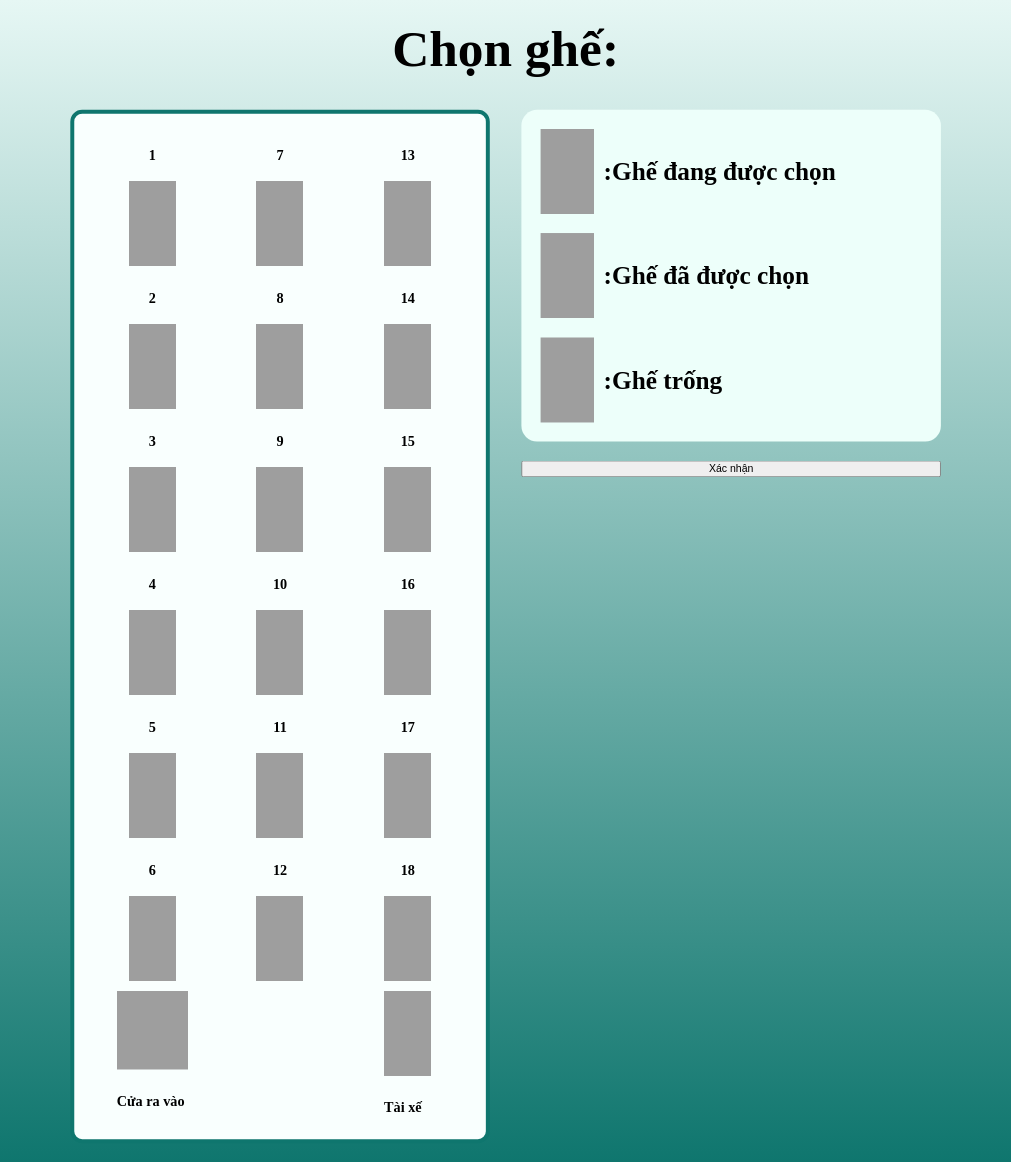
Repository: LearningSan/qlnxBE
Page: Loginservlet/src/main/webapp/Datvexe/chonghe.html
An editor plug-in stored every save of this project. The page is shown before and after the next save, followed by the edit.
The browser window is 1280 px wide. The pictures show the whole page, at 79% of full size.
Pictures or frames that could not be fetched are drawn as grey boxes. Some web fonts or font styles are not loaded; a fallback is used.

Above is the page before, as saved 2025-05-16 02:04:56.

### Loginservlet/src/main/webapp/Datvexe/chonghe.html
<!DOCTYPE html>
<html lang="vi">
<head>
  <meta charset="UTF-8">
  <meta name="viewport" content="width=device-width, initial-scale=1.0">
  <title>Xe 16 cho</title>
  <link rel="stylesheet" href="chonghestyle.css?v=2">
  <link href="https://fonts.googleapis.com/css2?family=Taviraj:wght@400;700&display=swap" rel="stylesheet">
</head>
<body>
  <main class="seat-selection">
    <h1 class="selection-title">Chọn ghế:</h1>
    <div class="selection-container">
       <section class="seat-layout">
        <div class="seat-grid" id="seat-container">
          <!-- Left Column -->
          <div class="seat-column">
            <div class="seat-wrapper">
              <p class="seat-number">1</p>
              <img src="https://cdn.builder.io/api/v1/image/assets/TEMP/70fbdbcaad0a1bdafab7b44aa6eb2731de3d2320" alt="Seat 1" class="seat-image" data-type="available" data-seat-number="1" />
            </div>
            <div class="seat-wrapper">
              <p class="seat-number">2</p>
              <img src="https://cdn.builder.io/api/v1/image/assets/TEMP/70fbdbcaad0a1bdafab7b44aa6eb2731de3d2320" alt="Seat 2" class="seat-image" data-type="available" data-seat-number="2" />
            </div>
            <div class="seat-wrapper">
              <p class="seat-number">3</p>
              <img src="https://cdn.builder.io/api/v1/image/assets/TEMP/70fbdbcaad0a1bdafab7b44aa6eb2731de3d2320" alt="Seat 3" class="seat-image" data-type="available" data-seat-number="3" />
            </div>
            <div class="seat-wrapper">
              <p class="seat-number">4</p>
              <img src="https://cdn.builder.io/api/v1/image/assets/TEMP/70fbdbcaad0a1bdafab7b44aa6eb2731de3d2320" alt="Seat 4" class="seat-image" data-type="available" data-seat-number="4" />
            </div>
            <div class="seat-wrapper">
              <p class="seat-number">5</p>
              <img src="https://cdn.builder.io/api/v1/image/assets/TEMP/70fbdbcaad0a1bdafab7b44aa6eb2731de3d2320" alt="Seat 5" class="seat-image" data-type="available" data-seat-number="5" />
            </div>
            <div class="seat-wrapper">
              <p class="seat-number">6</p>
              <img src="https://cdn.builder.io/api/v1/image/assets/TEMP/70fbdbcaad0a1bdafab7b44aa6eb2731de3d2320" alt="Seat 6" class="seat-image" data-type="available" data-seat-number="6" />
            </div>
            <img src="https://png.pngtree.com/png-vector/20190917/ourlarge/pngtree-box-logout-icon-vectors-png-image_1737862.jpg" alt="Logout Icon" class="logout-icon" />
            <p class="door-image">Cửa ra vào</p>
          </div>

          <!-- Middle Column -->
          <div class="seat-column">
            <div class="seat-wrapper">
              <p class="seat-number">7</p>
              <img src="https://cdn.builder.io/api/v1/image/assets/TEMP/70fbdbcaad0a1bdafab7b44aa6eb2731de3d2320" alt="Seat 7" class="seat-image" data-type="available" data-seat-number="7" />
            </div>
            <div class="seat-wrapper">
              <p class="seat-number">8</p>
              <img src="https://cdn.builder.io/api/v1/image/assets/TEMP/70fbdbcaad0a1bdafab7b44aa6eb2731de3d2320" alt="Seat 8" class="seat-image" data-type="available" data-seat-number="8" />
            </div>
            <div class="seat-wrapper">
              <p class="seat-number">9</p>
              <img src="https://cdn.builder.io/api/v1/image/assets/TEMP/70fbdbcaad0a1bdafab7b44aa6eb2731de3d2320" alt="Seat 9" class="seat-image" data-type="available" data-seat-number="9" />
            </div>
            <div class="seat-wrapper">
              <p class="seat-number">10</p>
              <img src="https://cdn.builder.io/api/v1/image/assets/TEMP/70fbdbcaad0a1bdafab7b44aa6eb2731de3d2320" alt="Seat 10" class="seat-image" data-type="available" data-seat-number="10" />
            </div>
            <div class="seat-wrapper">
              <p class="seat-number">11</p>
              <img src="https://cdn.builder.io/api/v1/image/assets/TEMP/70fbdbcaad0a1bdafab7b44aa6eb2731de3d2320" alt="Seat 11" class="seat-image" data-type="available" data-seat-number="11" />
            </div>
            <div class="seat-wrapper">
              <p class="seat-number">12</p>
              <img src="https://cdn.builder.io/api/v1/image/assets/TEMP/70fbdbcaad0a1bdafab7b44aa6eb2731de3d2320" alt="Seat 12" class="seat-image" data-type="available" data-seat-number="12" />
            </div>
          </div>

          <!-- Right Column -->
          <div class="seat-column">
            <div class="seat-wrapper">
              <p class="seat-number">13</p>
              <img src="https://cdn.builder.io/api/v1/image/assets/TEMP/70fbdbcaad0a1bdafab7b44aa6eb2731de3d2320" alt="Seat 13" class="seat-image" data-type="available" data-seat-number="13" />
            </div>
            <div class="seat-wrapper">
              <p class="seat-number">14</p>
              <img src="https://cdn.builder.io/api/v1/image/assets/TEMP/70fbdbcaad0a1bdafab7b44aa6eb2731de3d2320" alt="Seat 14" class="seat-image" data-type="available" data-seat-number="14" />
            </div>
            <div class="seat-wrapper">
              <p class="seat-number">15</p>
              <img src="https://cdn.builder.io/api/v1/image/assets/TEMP/70fbdbcaad0a1bdafab7b44aa6eb2731de3d2320" alt="Seat 15" class="seat-image" data-type="available" data-seat-number="15" />
            </div>
            <div class="seat-wrapper">
              <p class="seat-number">16</p>
              <img src="https://cdn.builder.io/api/v1/image/assets/TEMP/70fbdbcaad0a1bdafab7b44aa6eb2731de3d2320" alt="Seat 16" class="seat-image" data-type="available" data-seat-number="16" />
            </div>
 <div class="seat-wrapper">
              <p class="seat-number">17</p>
              <img src="https://cdn.builder.io/api/v1/image/assets/TEMP/70fbdbcaad0a1bdafab7b44aa6eb2731de3d2320" alt="Seat 17" class="seat-image" data-type="available" data-seat-number="17" />
            </div>
             <div class="seat-wrapper">
              <p class="seat-number">18</p>
              <img src="https://cdn.builder.io/api/v1/image/assets/TEMP/70fbdbcaad0a1bdafab7b44aa6eb2731de3d2320" alt="Seat 18" class="seat-image" data-type="available" data-seat-number="18" />
            </div>
            <img src="https://cdn.builder.io/api/v1/image/assets/TEMP/035134602faab646c04f3309d0670c722ff94e6d" alt="Driver seat" class="seat-image" />
            <p class="seat-label">Tài xế</p>
          </div>
        </div>
      </section>

      <div class="sidebar">
        <section class="legend-container">
          <div class="legend-grid">
            <div class="legend-item">
              <img src="https://cdn.builder.io/api/v1/image/assets/TEMP/0bbcedd1aad4628758a681e1de84cbc8ad3ca1f2" alt="Selected seat icon" class="legend-icon">
              <p class="legend-text">:Ghế đang được chọn</p>
            </div>
            <div class="legend-item">
              <img src="https://cdn.builder.io/api/v1/image/assets/TEMP/7d942587872f43a85f25f1e57322a69dfa8b7b63" alt="Sold seat icon" class="legend-icon">
              <p class="legend-text">:Ghế đã được chọn</p>
            </div>
            <div class="legend-item">
              <img src="https://cdn.builder.io/api/v1/image/assets/TEMP/b29d97d55170c2cbd53a6c1ade010426d2ab5f2a" alt="Available seat icon" class="legend-icon">
              <p class="legend-text">:Ghế trống</p>
            </div>
          </div>
        </section>
<button
  class="justify-center items-center px-5 py-3 mt-6 text-base font-bold leading-6 text-white whitespace-nowrap bg-red-500 rounded-lg max-md:px-5"
  onclick="handleXacNhan()"
>
  Xác nhận
</button>      </div>
    </div>
  </main>

  <script>
  document.addEventListener('DOMContentLoaded', () => {
    const params = new URLSearchParams(window.location.search);
    const diemdi = params.get('diemdi');
    const diemden = params.get('diemden');
    const ngaydi = params.get('ngaydi');

    if (!diemdi || !diemden || !ngaydi) {
      console.error('Thiếu tham số truy vấn');
      return;
    }

    fetch(`/Loginservlet/layghe?diemdi=${encodeURIComponent(diemdi)}&diemden=${encodeURIComponent(diemden)}&ngaydi=${encodeURIComponent(ngaydi)}`)
      .then(response => {
        if (!response.ok) throw new Error("Lỗi khi gọi API /layghe");
        return response.json();
      })
   .then(data => {
  console.log("Danh sách ghế từ server:", data);
  data.forEach(ghe => {
    if (ghe.tenghe && typeof ghe.tenghe === 'string') {
      const seatNum = ghe.tenghe.trim().replace(/^0+/, ''); // Bỏ số 0 đầu nếu có
      const seatImg = document.querySelector(`img.seat-image[data-seat-number="${seatNum}"]`);
      if (seatImg) {
        if (ghe.trangthai === 'Đã đặt') {
          seatImg.src = 'https://cdn.builder.io/api/v1/image/assets/TEMP/7d942587872f43a85f25f1e57322a69dfa8b7b63';
          seatImg.setAttribute('data-type', 'booked');
        } else {
          seatImg.src = 'https://cdn.builder.io/api/v1/image/assets/TEMP/70fbdbcaad0a1bdafab7b44aa6eb2731de3d2320';
          seatImg.setAttribute('data-type', 'available');
        }
      } else {
        console.warn(`Không tìm thấy ghế: ${seatNum}`);
      }
    }
  });
})
      .catch(err => {
        console.error('Lỗi khi tải danh sách ghế:', err);
      });
  });
  document.querySelectorAll('.seat-image[data-type="available"]').forEach(seat => {
	    const originalSrc = seat.src;
	    const hoverSrc = "https://cdn.builder.io/api/v1/image/assets/TEMP/0bbcedd1aad4628758a681e1de84cbc8ad3ca1f2"; // Selected seat
	    const clickedSrc = "https://cdn.builder.io/api/v1/image/assets/TEMP/7d942587872f43a85f25f1e57322a69dfa8b7b63"; // Sold seat

	    let isClicked = false;

	    seat.addEventListener('mouseover', () => {
	      if (!isClicked) seat.src = hoverSrc;
	    });

	    seat.addEventListener('mouseout', () => {
	      if (!isClicked) seat.src = originalSrc;
	    });

	    seat.addEventListener('click', () => {
	      seat.src = clickedSrc;
	      isClicked = true;
	    });
	  });
  function handleXacNhan() {
	    // Lấy các ghế đang được chọn
	    const selectedSeats = Array.from(document.querySelectorAll('.seat-image[data-type="selected"]'))
	      .map(seat => seat.getAttribute('data-seat-number'));

	    if (selectedSeats.length === 0) {
	      alert("Vui lòng chọn ít nhất một ghế!");
	      return;
	    }

	    // Tạo query string (có thể mở rộng thêm thông tin)
	    const params = new URLSearchParams();
	    params.set('ghe', selectedSeats.join(','));

	    // Điều hướng đến chitietdatve.html
	    window.location.href = `/chitietdatve.html?${params.toString()}`;
	  }
</script>
</body>
</html>

### Loginservlet/src/main/webapp/Datvexe/chonghestyle.css
/* Base styles and variables */
:root {
  --primary-color: #0F766E;
  --secondary-color: #30B1A5;
  --light-bg: #F9FFFE;
  --lighter-bg: #EDFFFA;
  --border-radius-sm: 15px;
  --border-radius-md: 20px;
  --border-radius-lg: 25px;
  --spacing-sm: 12px;
  --spacing-md: 24px;
  --spacing-lg: 40px;
}

body {
  margin: 0;
  padding: 0;
  font-family: 'Taviraj', serif;
}

/* Main container */
.seat-selection {
  display: flex;
  flex-direction: column;
  align-items: center;
  width: 100%;
  min-height: 100vh;
  background: linear-gradient(to bottom, #E6F7F4, #0F766E);
  padding: 24px;
  box-sizing: border-box;
}

/* Title */
.selection-title {
  font-size: 65px;
  font-weight: 700;
  color: #000;
  margin-bottom: 40px;
  margin-top: 0;
}

/* Main content container */
.selection-container {
  display: flex;
  gap: 40px;
}

/* Seat layout section */
.seat-layout {
  width: 473px;
  background-color: var(--light-bg);
  border-radius: var(--border-radius-sm);
  border: 5px solid var(--primary-color);
  padding: var(--spacing-md);
  display: flex;
  flex-wrap: wrap;
  gap: var(--spacing-sm);
}

/* Seat grid */
.seat-grid {
   display: grid;
  grid-template-columns: repeat(3, 1fr); /* make 3 equal columns */
  gap: var(--spacing-sm);
  justify-items: center; /* center each seat-column inside its grid cell */
  width: 100%;
}

/* Seat columns */
.seat-column {
  display: flex;
  flex-direction: column;
  gap: var(--spacing-sm);
}

/* Seat images */
.seat-image {
  width: 60px;
  height: 108px;  /* Same as your legend icons */
  object-fit: cover;
  box-sizing: border-box;
  transition: transform 0.3s;
  display: inline-block;
  vertical-align: top;
}

/* Sidebar container */
.sidebar {
  display: flex;
  flex-direction: column;
  gap: var(--spacing-md);
}

/* Legend container */
.legend-container {
  background-color: var(--lighter-bg);
  border-radius: var(--border-radius-md);
  padding: var(--spacing-md);
  width: 483px;
}

/* Legend grid */
.legend-grid {
  display: flex;
  flex-direction: column;
  gap: var(--spacing-md);
}

/* Legend items */
.legend-item {
  display: flex;
  align-items: center;
  gap: var(--spacing-sm);
}

/* Legend icons */
.legend-icon {
  width: 68px;
  height: 108px;
}

/* Legend text */
.legend-text {
  font-size: 32px;
  font-weight: 700;
  color: #000;
  margin: 0;
}

/* Checkout button */
.checkout-button {
  font-size: 50px;
  font-weight: 700;
  font-family: 'Taviraj', serif;
  color: #000;
  text-align: center;
  background-color: var(--secondary-color);
  border-radius: var(--border-radius-lg);
  border: 1px solid var(--primary-color);
  padding: var(--spacing-md);
  width: 390px;
  cursor: pointer;
}

/* Responsive styles */
@media (max-width: 991px) {
  .selection-title {
    font-size: 50px;
  }

  .selection-container {
    flex-direction: column;
    align-items: center;
  }

  .seat-layout {
    width: 100%;
  }

  .legend-container {
    width: 100%;
  }

  .checkout-button {
    width: 100%;
  }
}

@media (max-width: 640px) {
  .selection-title {
    font-size: 40px;
  }

  .seat-layout {
    padding: 16px;
  }
}


.seat-image:hover {
  transform: scale(1.05);
}

.seat-selected {
  filter: brightness(0.5) sepia(1) hue-rotate(180deg); /* You can adjust the effect */
}
.logout-icon {
width: 90px;
    height: 100px;
}


.seat-label,.door-image {
  font-size: 18px; /* increase text size */
  font-weight: bold; /* make it stand out */
  margin-bottom: 5px;
}

 .seat-wrapper {
      display: flex;
      flex-direction: column;
      align-items: center;
      gap: 4px;
    }
    .seat-number {
      font-weight: 700;
      font-size: 18px;
      color: #000;
      user-select: none;
    }

After the next save:
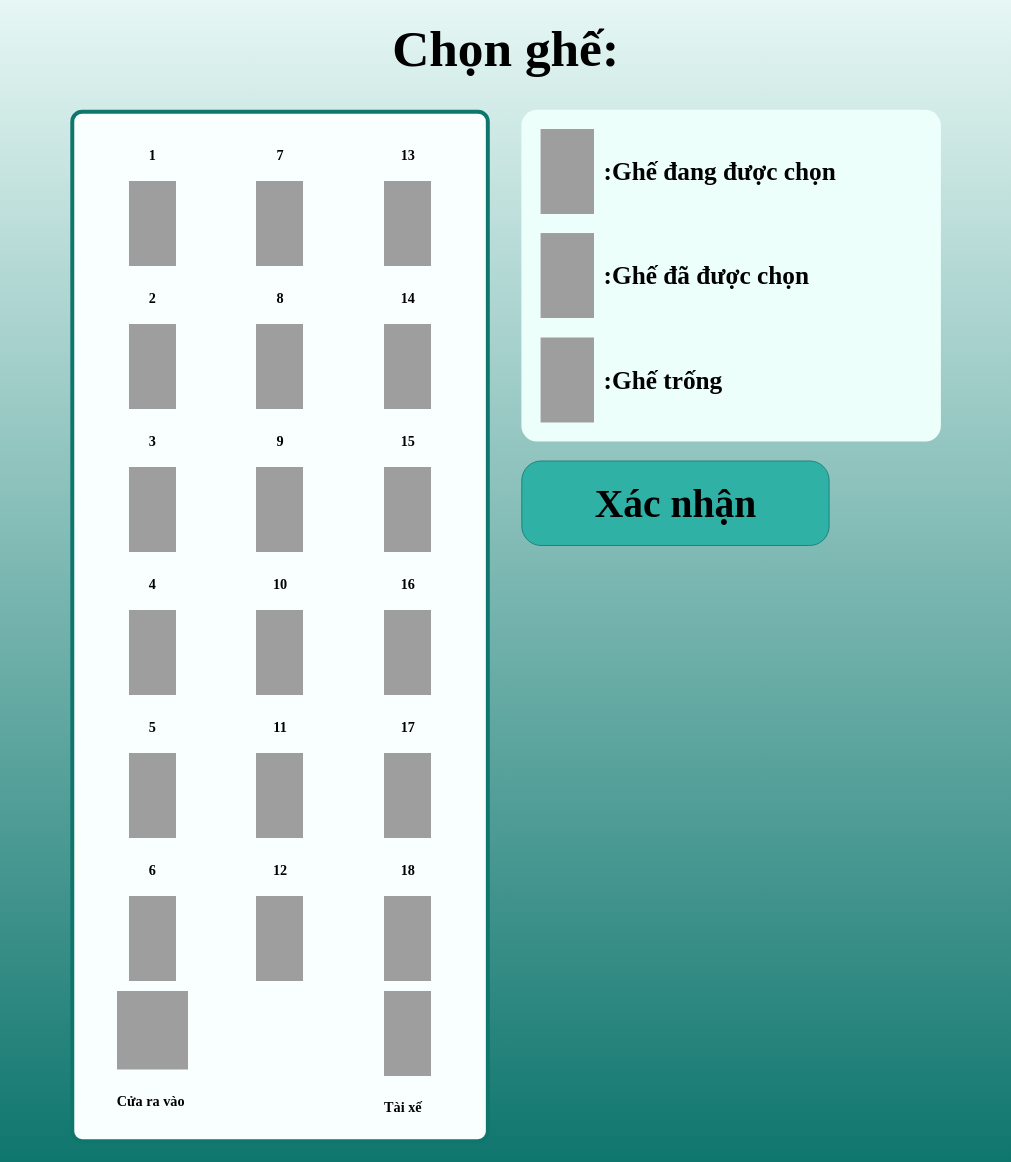
Saved 3 h 52 min later.
--- a/Loginservlet/src/main/webapp/Datvexe/chonghe.html
+++ b/Loginservlet/src/main/webapp/Datvexe/chonghe.html
@@ -120,12 +120,8 @@
             </div>
           </div>
         </section>
-<button
-  class="justify-center items-center px-5 py-3 mt-6 text-base font-bold leading-6 text-white whitespace-nowrap bg-red-500 rounded-lg max-md:px-5"
-  onclick="handleXacNhan()"
->
-  Xác nhận
-</button>      </div>
+        <button class="checkout-button" aria-label="Proceed to payment">Xác nhận</button>
+      </div>
     </div>
   </main>
 
@@ -190,23 +186,7 @@
 	      isClicked = true;
 	    });
 	  });
-  function handleXacNhan() {
-	    // Lấy các ghế đang được chọn
-	    const selectedSeats = Array.from(document.querySelectorAll('.seat-image[data-type="selected"]'))
-	      .map(seat => seat.getAttribute('data-seat-number'));
 
-	    if (selectedSeats.length === 0) {
-	      alert("Vui lòng chọn ít nhất một ghế!");
-	      return;
-	    }
-
-	    // Tạo query string (có thể mở rộng thêm thông tin)
-	    const params = new URLSearchParams();
-	    params.set('ghe', selectedSeats.join(','));
-
-	    // Điều hướng đến chitietdatve.html
-	    window.location.href = `/chitietdatve.html?${params.toString()}`;
-	  }
 </script>
 </body>
 </html>
